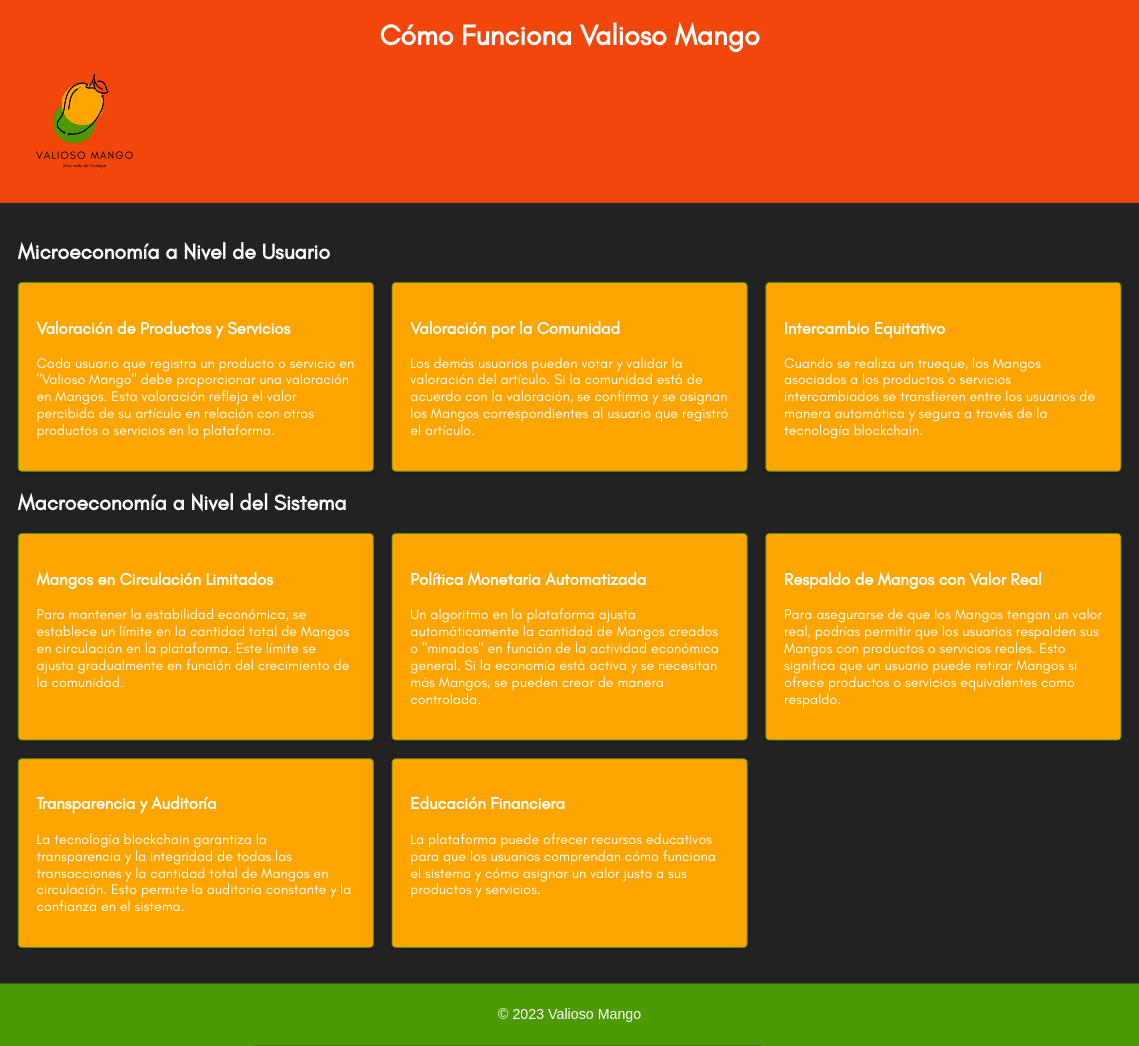
Repository: elba2612/comision23533_grupo20
Page: Pages/ComoFunciona.html
The author's editor kept a copy of each file at every save. The page is drawn from the files as they stood at one save, then again after the next save.
The browser window is 1280 px wide. The pictures show the whole page, at 89% of full size.

Above is the page before, as saved 2023-10-20 12:09:50.

### Pages/ComoFunciona.html
<!DOCTYPE html>
<html lang="es">
<head>
    <meta charset="UTF-8">
    <meta name="viewport" content="width=device-width, initial-scale=1.0">
    <link rel="stylesheet" href="../Estilos/estiloMango.css">
    <title>Cómo Funciona Valioso Mango</title>
</head>
<body>
    <header>
        <h1 class="Glacial">Cómo Funciona Valioso Mango</h1>
        <div class="logo">
            <a href="../index.html">
                <img src="../Sources/LogoMango.svg" class="logo" alt="Logo Mango">
            </a>
        </div>
    </header>
    <main>
        <div class="Glacial">
        <section class="microeconomia">
            <h2>Microeconomía a Nivel de Usuario</h2>
            <div class="grid-container">
                <div class="item">
                    <h3>Valoración de Productos y Servicios</h3>
                    <p>Cada usuario que registra un producto o servicio en "Valioso Mango" debe proporcionar una valoración en Mangos. Esta valoración refleja el valor percibido de su artículo en relación con otros productos o servicios en la plataforma.</p>
                </div>
                <div class="item">
                    <h3>Valoración por la Comunidad</h3>
                    <p>Los demás usuarios pueden votar y validar la valoración del artículo. Si la comunidad está de acuerdo con la valoración, se confirma y se asignan los Mangos correspondientes al usuario que registró el artículo.</p>
                </div>
                <div class="item">
                    <h3>Intercambio Equitativo</h3>
                    <p>Cuando se realiza un trueque, los Mangos asociados a los productos o servicios intercambiados se transfieren entre los usuarios de manera automática y segura a través de la tecnología blockchain.</p>
                </div>
            </div>
        </section>
        <section class="macroeconomia">
            <h2>Macroeconomía a Nivel del Sistema</h2>
            <div class="grid-container">
                <div class="item">
                    <h3>Mangos en Circulación Limitados</h3>
                    <p>Para mantener la estabilidad económica, se establece un límite en la cantidad total de Mangos en circulación en la plataforma. Este límite se ajusta gradualmente en función del crecimiento de la comunidad.</p>
                </div>
                <div class="item">
                    <h3>Política Monetaria Automatizada</h3>
                    <p>Un algoritmo en la plataforma ajusta automáticamente la cantidad de Mangos creados o "minados" en función de la actividad económica general. Si la economía está activa y se necesitan más Mangos, se pueden crear de manera controlada.</p>
                </div>
                <div class="item">
                    <h3>Respaldo de Mangos con Valor Real</h3>
                    <p>Para asegurarse de que los Mangos tengan un valor real, podrías permitir que los usuarios respalden sus Mangos con productos o servicios reales. Esto significa que un usuario puede retirar Mangos si ofrece productos o servicios equivalentes como respaldo.</p>
                </div>
                <div class="item">
                    <h3>Transparencia y Auditoría</h3>
                    <p>La tecnología blockchain garantiza la transparencia y la integridad de todas las transacciones y la cantidad total de Mangos en circulación. Esto permite la auditoría constante y la confianza en el sistema.</p>
                </div>
                <div class="item">
                    <h3>Educación Financiera</h3>
                    <p>La plataforma puede ofrecer recursos educativos para que los usuarios comprendan cómo funciona el sistema y cómo asignar un valor justo a sus productos y servicios.</p>
                </div>
            </div>
        </section>
        </div>
    </main>
    <footer>
        <p>&copy; 2023 Valioso Mango</p>
    </footer>
</body>
</html>

### Estilos/estiloMango.css
body {
    font-family: Arial, sans-serif;
    margin: 0;
    padding: 0;
    background-color: #222;
    color: #fff;
}

header {
    background-color: #F2460B;
    color: white;
    text-align: center;
    padding: 20px;
}

h1 {
    margin: 0;
}

main {
    padding: 20px;
}

section {
    margin-bottom: 20px;
}

@font-face {
    font-family: "Glacial Indifference";
    src: url("../Sources/GlacialIndifference-Regular.otf");
}

.Glacial {
    font-family: "Glacial Indifference";

}
.logo {
    width: 150px;
    height: 150px;
    margin-left: 0;
}
.grid-container {
    display: grid;
    grid-template-columns: repeat(auto-fit,
    minmax(300px, 1fr));
    grid-gap: 20px;
}

.item {
    background-color: #FEA500;
    padding: 20px;
    border: 1px solid #4D9906;
    border-radius: 5px;
    box-shadow: 0 2px 4px rgba(0, 0, 0, 0.1);
    color: ;
}

/* Estilos para dispositivos móviles */
@media (max-width: 767px) {
    .grid-container {
        grid-template-columns: 1fr;
    }
}

/* Pie de página */
footer {
    background-color: #4D9906;
    color: white;
    text-align: center;
    padding: 10px;
}

After the next save:
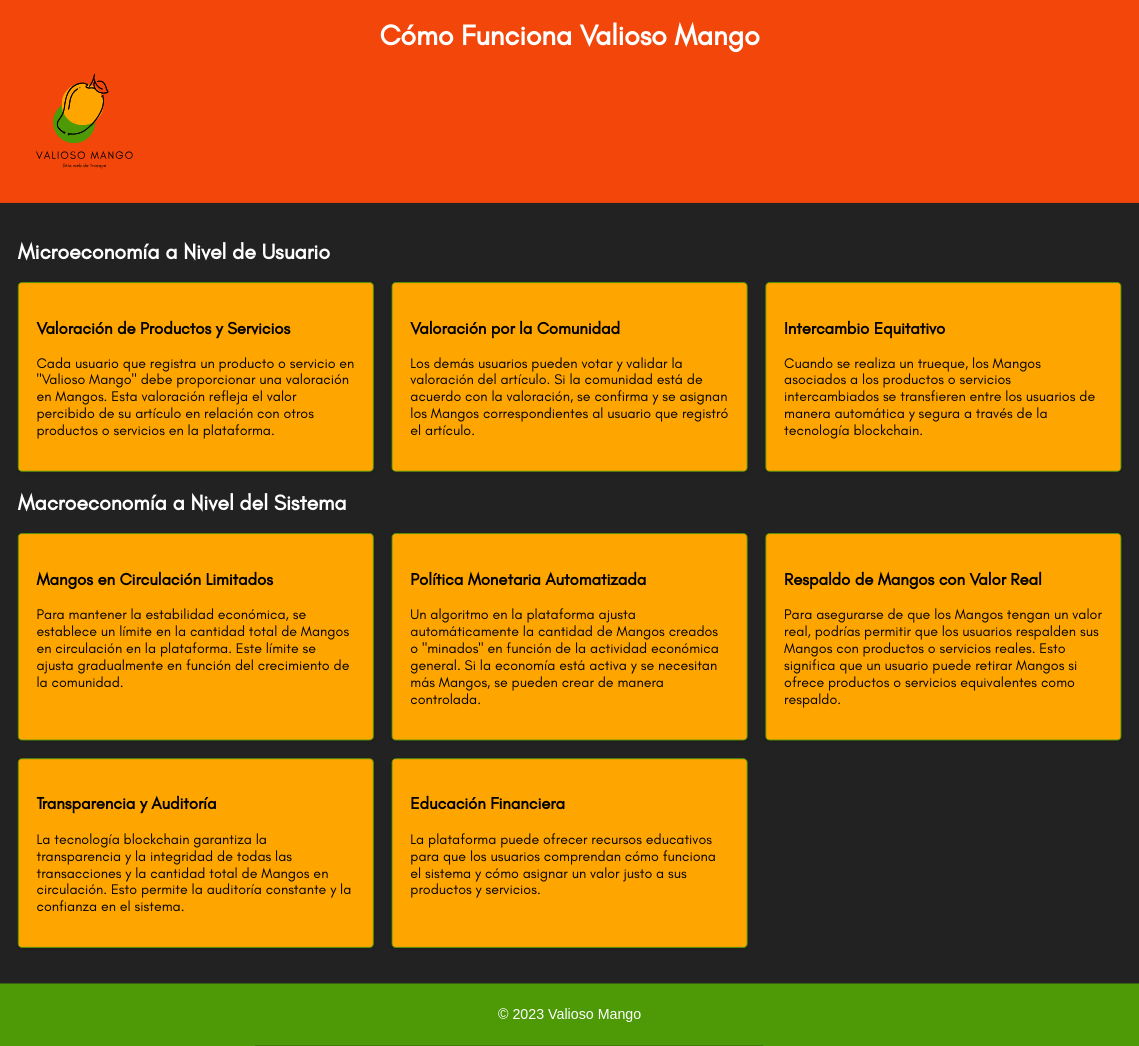
Saved 5 s later.
--- a/Estilos/estiloMango.css
+++ b/Estilos/estiloMango.css
@@ -52,7 +52,7 @@
     border: 1px solid #4D9906;
     border-radius: 5px;
     box-shadow: 0 2px 4px rgba(0, 0, 0, 0.1);
-    color: ;
+    color: #000;
 }
 
 /* Estilos para dispositivos móviles */
